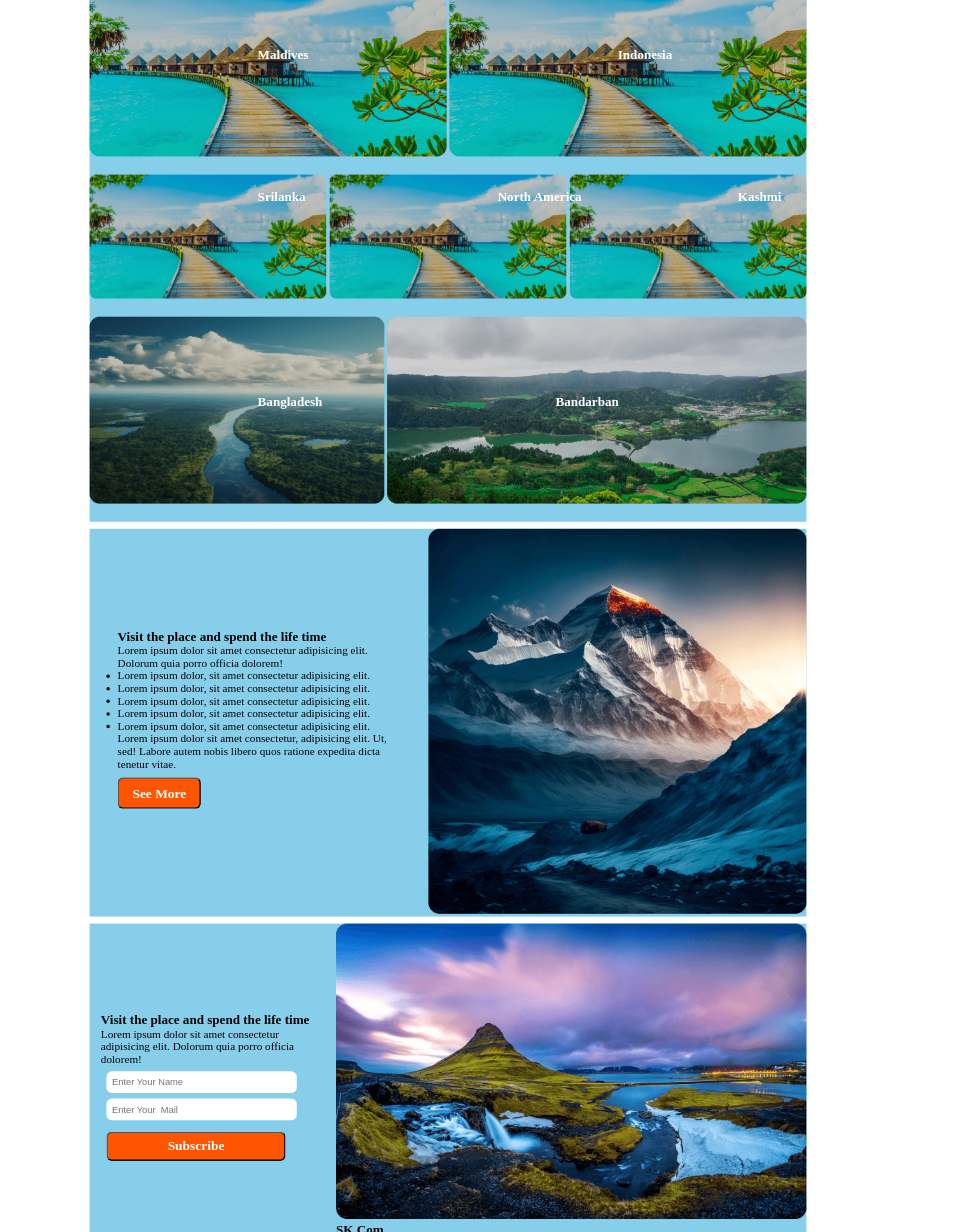
Repository: sumonkumarsarkar/Sk-Travel-Agency-
Page: index.html
These files come from the project's save history. The page is drawn as it stood at one moment and after the next save; the edit follows.
The browser window is 1280 px wide. The page is 1392 px wide, so the pictures cover 1392 px, including what lies to the right of the window. The pictures show the part of the page from y = 1428 to 3188 px (the page is 3470 px tall before and 3551 px after), at 70% of full size.

Above is the page before, as saved 2024-01-17 07:18:10.

### index.html
<!DOCTYPE html>
<html lang="en">
<head>
    <meta charset="UTF-8">
    <meta name="viewport" content="width=device-width, initial-scale=1.0">
    <title>Sk-Travel-Agency</title>
    <link rel="stylesheet" href="./style.css">

    <link rel="stylesheet" href="https://cdnjs.cloudflare.com/ajax/libs/font-awesome/6.5.1/css/all.min.css" integrity="sha512-DTOQO9RWCH3ppGqcWaEA1BIZOC6xxalwEsw9c2QQeAIftl+Vegovlnee1c9QX4TctnWMn13TZye+giMm8e2LwA==" crossorigin="anonymous" referrerpolicy="no-referrer" />
</head>
<body>
    <header>
         <div class="container">
            <nav>
                <div class="icon-header">
                    <p> <span><img src="./Images/Group 40071 (2).png" alt=""></span>Sk-Travel-Agency</p>
                </div>
                <div class="menu-header">
                    <ul>
                        <li><a href="#">Home</a></li>
                        <li><a href="#">About</a></li>
                        <li><a href="#">Package</a></li>
                        <li><a href="#">Blog</a></li>
                        <li><a href="#">Contact</a></li>
                    </ul>
                </div>
            </nav>
         </div>


<div class="container">
    <div class="banner-section">
        <h2>Our Service</h2>
        <p>Lorem ipsum dolor sit amet consectetur adipisicing elit. Placeat in, ex esse distinctio veritatis error?</p>
        <div class="banner-button">
         <h3>where </h3>
         <h3>when<span><i class="fa-solid fa-chevron-down"></i></span></h3>
         <h3>when<span><i class="fa-solid fa-chevron-down"></i></span></h3>

        <button type="button"> <span><i class="fa-solid fa-magnifying-glass"></i></span>Find Now</button>
        </div>
       </div>

</div>


<div class="container">
    <div class="container-item">
        <div class="text-item">
         <h3>Our Popular Place</h3>
         <p>Lorem ipsum dolor sit amet consectetur adipisicing elit. Dolorum quia porro officia dolorem!</p>
         <ul>
            <li><p>Lorem ipsum dolor, sit amet consectetur adipisicing elit.</p></li>
            <li><p>Lorem ipsum dolor, sit amet consectetur adipisicing elit.</p></li>
            <li><p>Lorem ipsum dolor, sit amet consectetur adipisicing elit.</p></li>
            <li><p>Lorem ipsum dolor, sit amet consectetur adipisicing elit.</p></li>
            <li><p>Lorem ipsum dolor, sit amet consectetur adipisicing elit.</p></li>
         </ul>
         <p>Lorem ipsum dolor sit amet consectetur, adipisicing elit. Ut, sed! Labore autem nobis libero quos ratione expedita dicta tenetur vitae.</p>
         <button type="button">See More</button>
        </div>
        <div class="container-img-item">
            <img src="./Images/Rectangle 4.png" alt="">
        </div>
    </div>
</div>

    </header>


    <main>

        <!-- Choose Your place start   -->


<div class="container">
     <div class="container-text">
        <h2>Choose Your Place</h2>
        <p>Lorem ipsum dolor sit, amet consectetur adipisicing elit. Molestias est ipsum fugiat nemo, quis impedit molestiae quibusdam similique consequatur ex.</p>
     </div>
     <div class="container-image">

        <div class="img-row">
            <div class="image">
                <img src="./Images/Rectangle 5.png" alt="">
                <h3>Maldives</h3>
             </div>
             <div class="image">
                <img src="./Images/Rectangle 5.png" alt="">
                <h3>Indonesia</h3>
             </div>
        </div>

        <div class="img-row">
            <div class="image">
                <img src="./Images/Rectangle 5.png" alt="">
                <h3>Srilanka</h3>
             </div>
             <div class="image">
                <img src="./Images/Rectangle 5.png" alt="">
                <h3>North America</h3>
             </div>
             <div class="image">
                <img src="./Images/Rectangle 5.png" alt="">
                <h3>Kashmi</h3>
             </div>
        </div>





        <div class="img-row">
            <div class="image">
                <img src="./Images/Rectangle 11.png" alt="">
                <h3>Bangladesh</h3>
             </div>
             <div class="image">
                <img src="./Images/Rectangle 10.png" alt="">
                <h3>Bandarban</h3>
             </div>
        </div>





     </div>

</div>

        <!-- Choose Your place end
           -->

        <!-- place part start  -->

<div class="container">
    <div class="container-item">
        <div class="text-item">
         <h3>Visit the place and spend the life time</h3>
         <p>Lorem ipsum dolor sit amet consectetur adipisicing elit. Dolorum quia porro officia dolorem!</p>
         <ul>
            <li><p>Lorem ipsum dolor, sit amet consectetur adipisicing elit.</p></li>
            <li><p>Lorem ipsum dolor, sit amet consectetur adipisicing elit.</p></li>
            <li><p>Lorem ipsum dolor, sit amet consectetur adipisicing elit.</p></li>
            <li><p>Lorem ipsum dolor, sit amet consectetur adipisicing elit.</p></li>
            <li><p>Lorem ipsum dolor, sit amet consectetur adipisicing elit.</p></li>
         </ul>
         <p>Lorem ipsum dolor sit amet consectetur, adipisicing elit. Ut, sed! Labore autem nobis libero quos ratione expedita dicta tenetur vitae.</p>
         <button type="button">See More</button>
        </div>
        <div class="container-img-item">
            <img src="./Images/Rectangle 4.png" alt="">
        </div>
    </div>
</div>


 <!-- place part end  -->


 <div class="container">
    <div class="container-item">
        <div class="text-form">
         <h3>Visit the place and spend the life time</h3>
         <p>Lorem ipsum dolor sit amet consectetur adipisicing elit. Dolorum quia porro officia dolorem!</p>

         <form>
            <input type="text" placeholder="Enter Your Name">
            <input type="text" placeholder="Enter Your  Mail">
         </form>
         <button type="button">Subscribe</button>
        </div>
        <div class="container-img-item">
            <img src="./Images/Rectangle 8 (1).png" alt="">
            <h3>SK.Com</h3>
            <h2>Save Up to 70 %</h2>
        </div>
    </div>
</div>



<!-- form part start  -->




<!-- form part end  -->


    </main>









        <footer>
            <div class="container">

                    <div class="nornal-text">
                           <h3> <span><img src="./Images/Group 40071 (2).png" alt=""></span>Sk Travel Agency</h3>
                            <p>Lorem ipsum dolor sit, amet consectetur adipisicing elit. Expedita, sint!</p>
                    </div>

                <div class="icon-img">
                    <i class="fa-brands fa-facebook"></i>
                    <i class="fa-brands fa-twitter"></i>
                    <i class="fa-brands fa-linkedin"></i>
                    <i class="fa-brands fa-instagram"></i>
                    <i class="fa-brands fa-tiktok"></i>
                </div>

                <hr>

               <div class="last-text">
                 <p>@ 2017 All Rights Reserved</p>

               </div>


         </footer>





</body>
</html>

### style.css
*{
    margin: 0;
    padding: 0;
}



/* main Choose Your place start  */

.container-text {
text-align: center;
padding: 2rem;
}

.img-row{
    display: flex;
    width: 100%;
    gap:.3rem;

}
.image img{
    width:100%;

}
.image h3{
 position: relative;
    top:-10rem;
    left:15rem;
    color: #FFF;
}





/* main Choose Your place end */


 /* main place part start  */
.container-item{
    display: flex;
    justify-content:space-around;
    align-items: center;
    margin: 10px auto;
}

.container-item .text-item{
    padding: 40px;
}

button{
color: #FFF;
text-align: center;
font-family: Mulish;
font-size: 1.2rem;
font-style: normal;
font-weight: 800;
padding: .6rem 1.2rem;
border-radius:.5rem;
background: #FF5400;
margin: 10px auto;

}



/* form part start  */

.text-form  form input{
    display: block;
    padding:.5rem;
    width: 80%;
    margin:.5rem;
    border: none;
    border-radius: .5rem;
}
.text-form{

    padding:.5rem;
    width: 80%;
    margin:.5rem;
}
.text-form button{

    padding:.5rem;
    width: 80%;
    margin:.5rem;
}



/* form part end  */




 /* main place part end */

/* header menu bar start  */




nav{
    display: flex;
    justify-content: space-between;
    align-items: center;
    margin-bottom: 1rem;
}
.icon-header{
    align-items: center;
    padding:20px;
}
.icon-header img{
    width: 1rem;
    height: 1rem;
}
.menu-header ul{
    list-style: none;

}
.menu-header ul li{
   display: inline-block;
   padding: 10px 10px;

}
.menu-header ul li a{
    text-decoration: none;
}

.banner-section{
    background-image: url("./Images/Group 13 (1) (1).png");
}




.banner-section{
    text-align: center;
    padding:15rem;


}
.banner-button h3{
    display: inline-block;
    padding: 1rem .5rem;
    color: #FFF;
    margin: 0 1rem;
}

/* header menu bar end  */


/* footer section start  */
.container{
 background: skyblue;
 margin: 1rem auto;
}
.container .nornal-text{
text-align: center;
padding: 2rem 2rem;


}.container .icon-img{
text-align: center;
padding: 1rem 2rem;


}
.container .last-text{
text-align: center;
padding: 1rem 2rem;


}
.container, hr{

width: 80%;
margin: 0 auto;


}



/* footer section end  */

After the next save:
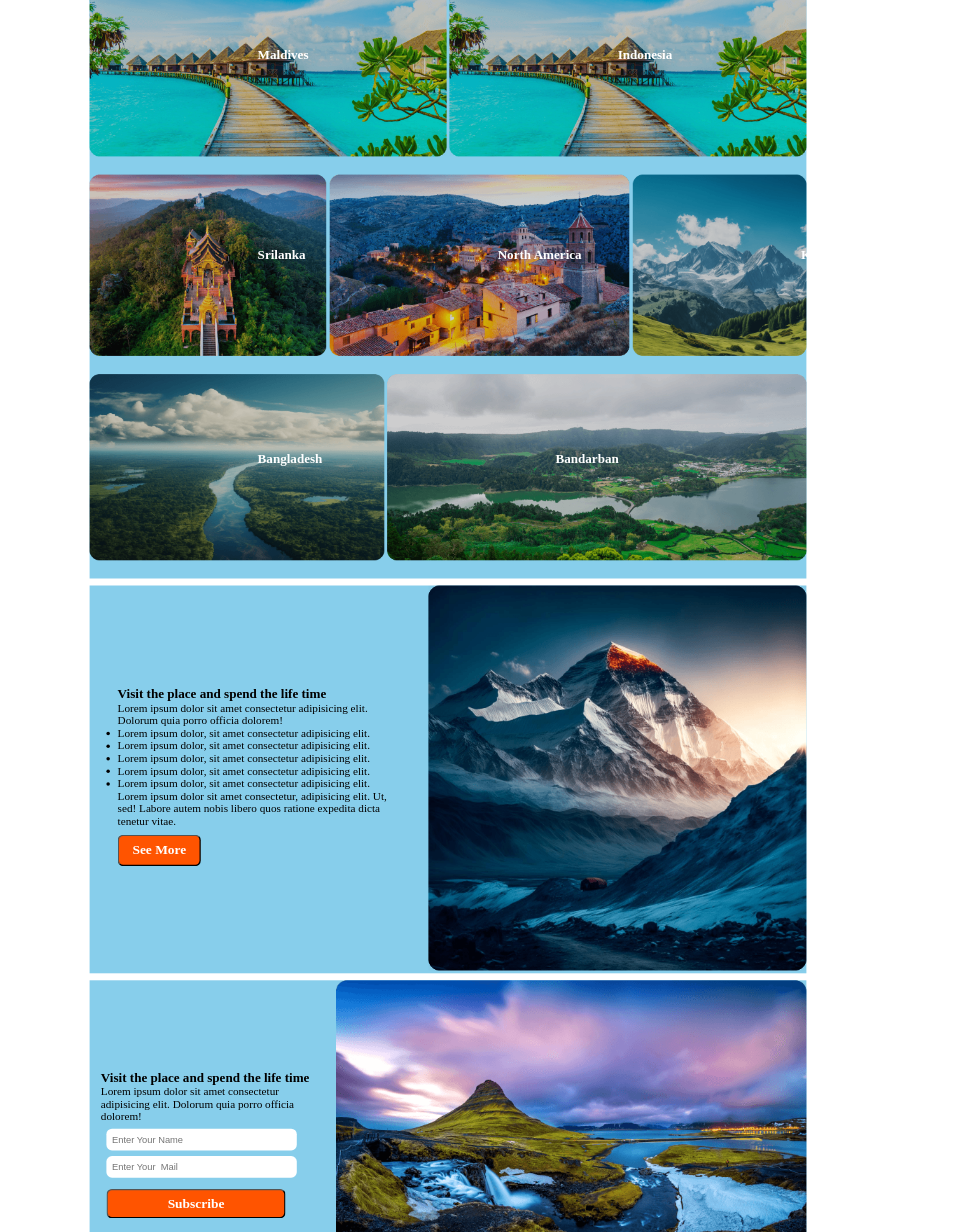
Saved 33 s later.
--- a/index.html
+++ b/index.html
@@ -93,15 +93,15 @@
 
         <div class="img-row">
             <div class="image">
-                <img src="./Images/Rectangle 5.png" alt="">
+                <img src="./Images/Rectangle 6.png" alt="">
                 <h3>Srilanka</h3>
              </div>
              <div class="image">
-                <img src="./Images/Rectangle 5.png" alt="">
+                <img src="./Images/Rectangle 7.png" alt="">
                 <h3>North America</h3>
              </div>
              <div class="image">
-                <img src="./Images/Rectangle 5.png" alt="">
+                <img src="./Images/Rectangle 9.png" alt="">
                 <h3>Kashmi</h3>
              </div>
         </div>
